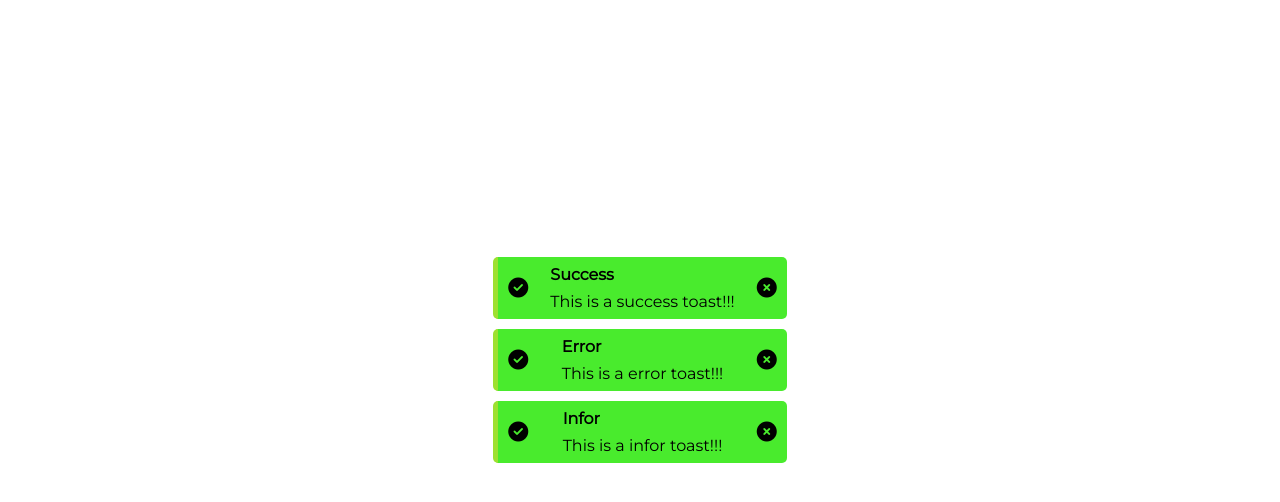
Repository: thuynguyen0964/Toast-Cooler
Page: index.html
These files come from the project's save history. The page is drawn as it stood at one moment and after a run of saves; the edit follows.
The browser window is 1280 px wide. The pictures show the whole page.

Above is the page before, as saved 2023-01-26 20:27:06.

After the next 2 saves:
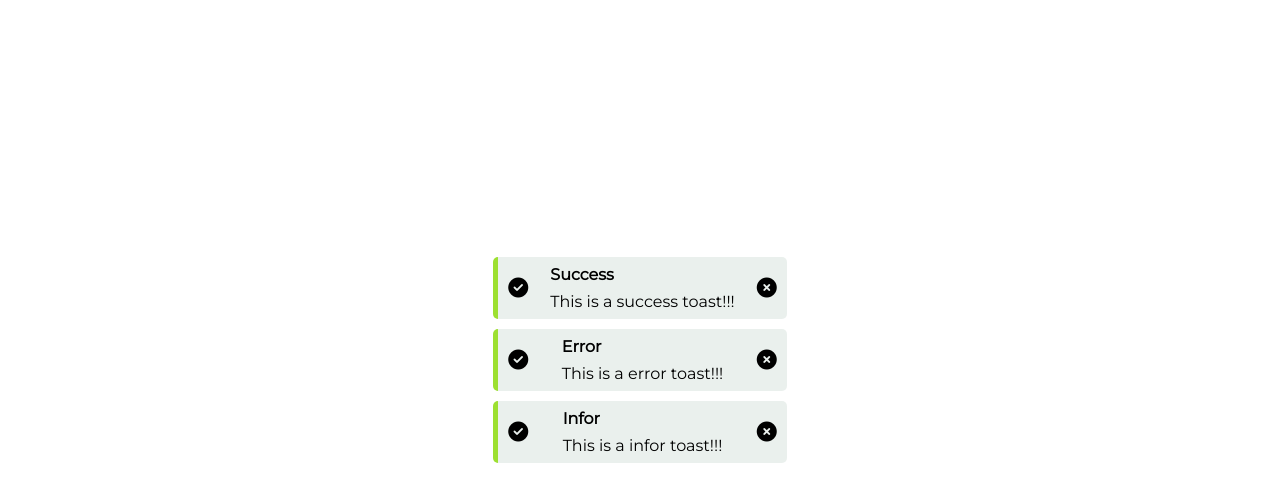
The 2 saves are shown as one change because they came seconds apart.
The last was saved 5 s later.
--- a/app/style.css
+++ b/app/style.css
@@ -19,7 +19,7 @@ body{
     display: flex;
     align-items: center;
     justify-content: space-between;
-    background-color: #3aea1ceb;
+    background-color: #e9efeceb;
     margin: 10px 0;
 }
 .toast__text{
